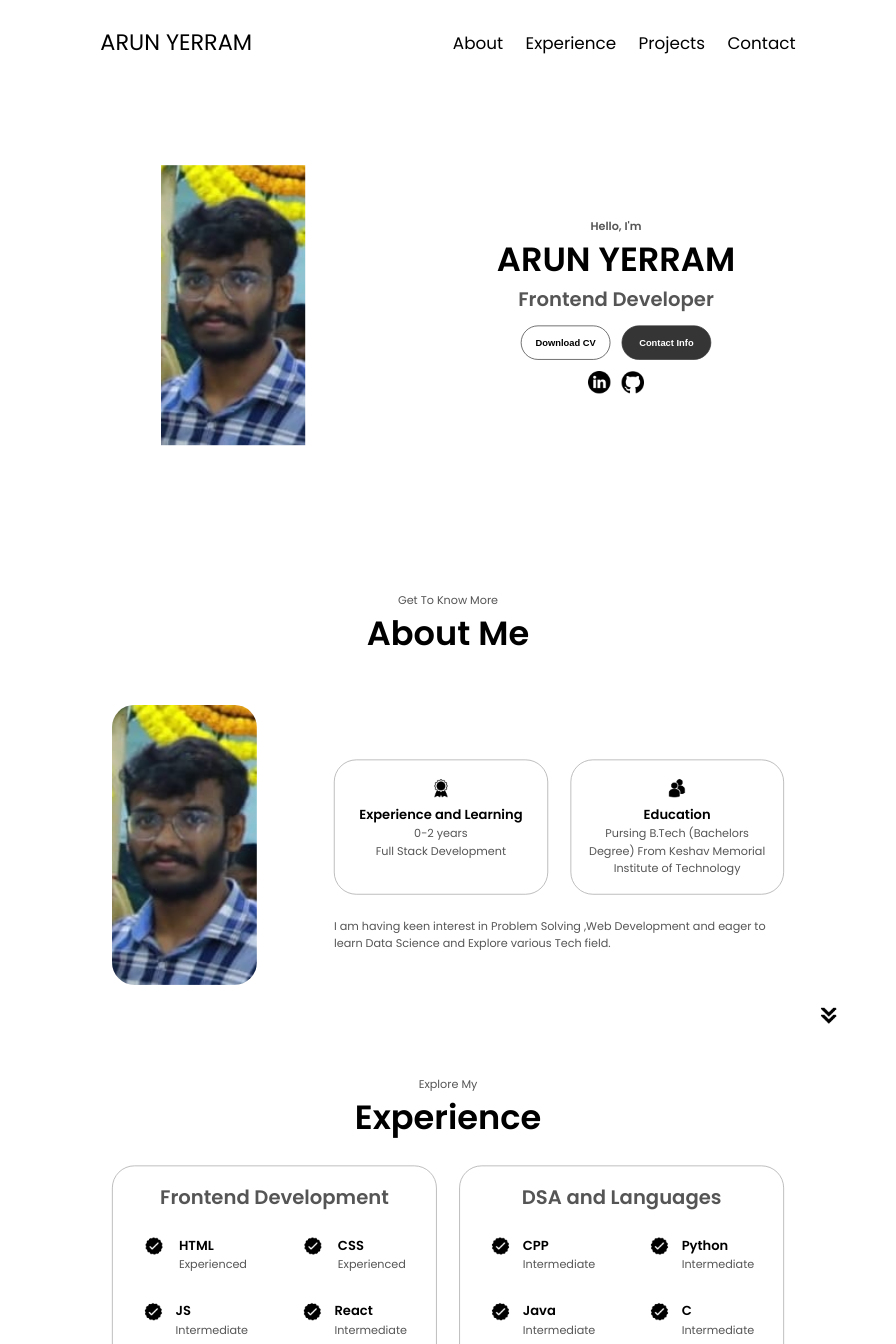
Repository: ARUN-YERRAM/ARUN-YERRAM-PORTFOLIO
Page: portfolio/index.html
These files come from the project's save history. The page is drawn as it stood at one moment and after a run of saves; the edit follows.
The browser window is 1280 px wide. The pictures show the part of the page from y = 0 to 1920 px (the page is 3401 px tall), at 70% of full size.

Above is the page before, as saved 2024-07-07 04:22:17.

After the next 3 saves:
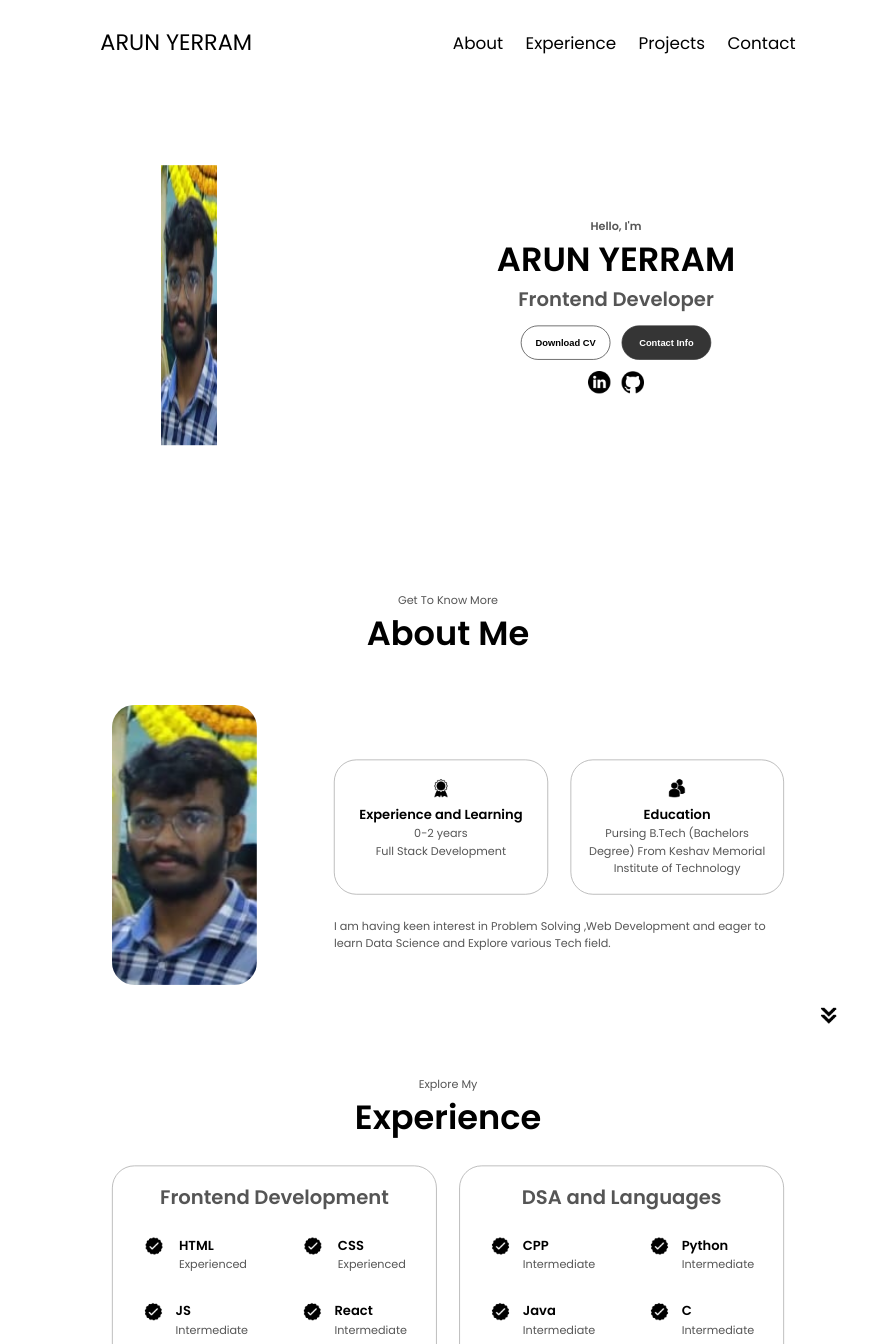
The 3 saves are shown as one change because they came seconds apart.
The last was saved 8 s later.
--- a/portfolio/index.html
+++ b/portfolio/index.html
@@ -38,7 +38,7 @@
     </nav>
     <section id="profile">
       <div class="section__pic-container">
-        <img src="./assets/Photo1.jpg" alt="John Doe profile picture" wifth = "" />
+        <img src="./assets/Photo1.jpg" alt="John Doe profile picture" width = "80px" />
       </div>
       <div class="section__text">
         <p class="section__text__p1">Hello, I'm</p>
